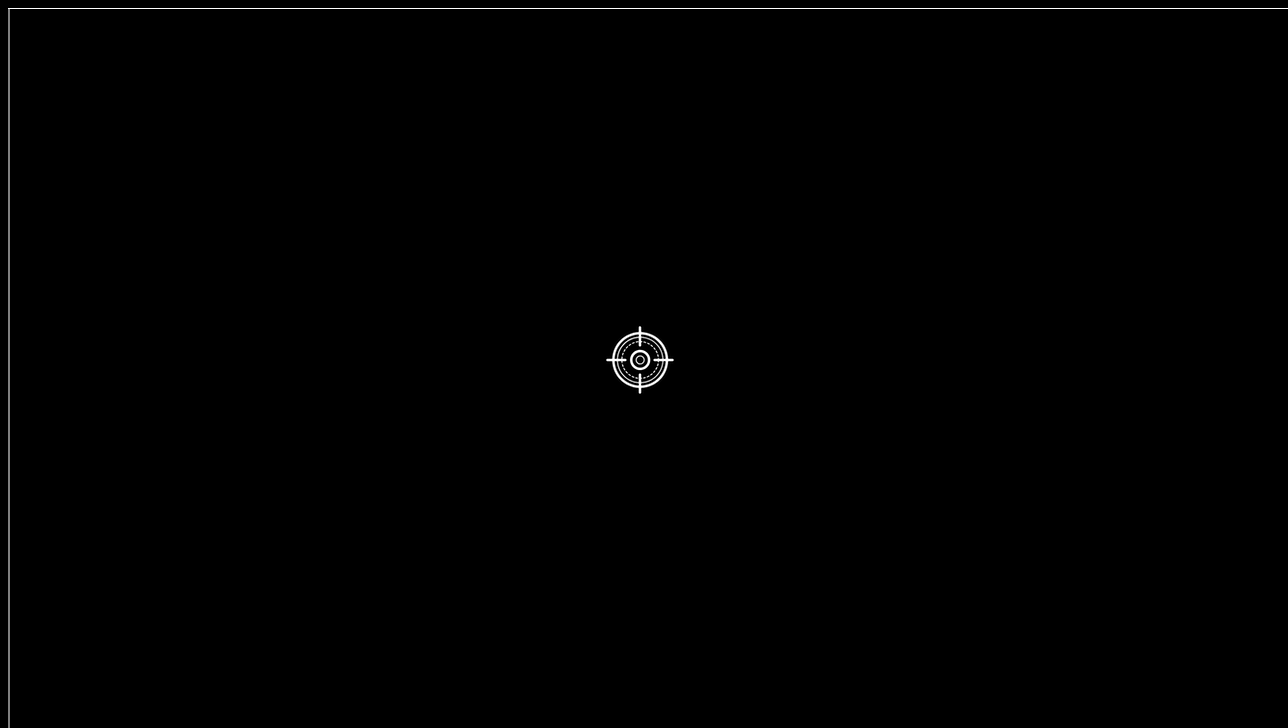
Repository: rladpwl0512/dreamcoding_browser101
Page: (2) coordinates/index.html
The author's editor kept a copy of each file at every save. The page is drawn from the files as they stood at one save, then again after the next save.
The browser window is 1280 px wide. The page is 1288 px wide, so the pictures cover 1288 px, including what lies to the right of the window. The pictures show the whole page.

Above is the page before, as saved 2021-09-30 18:52:43.

After the next save:
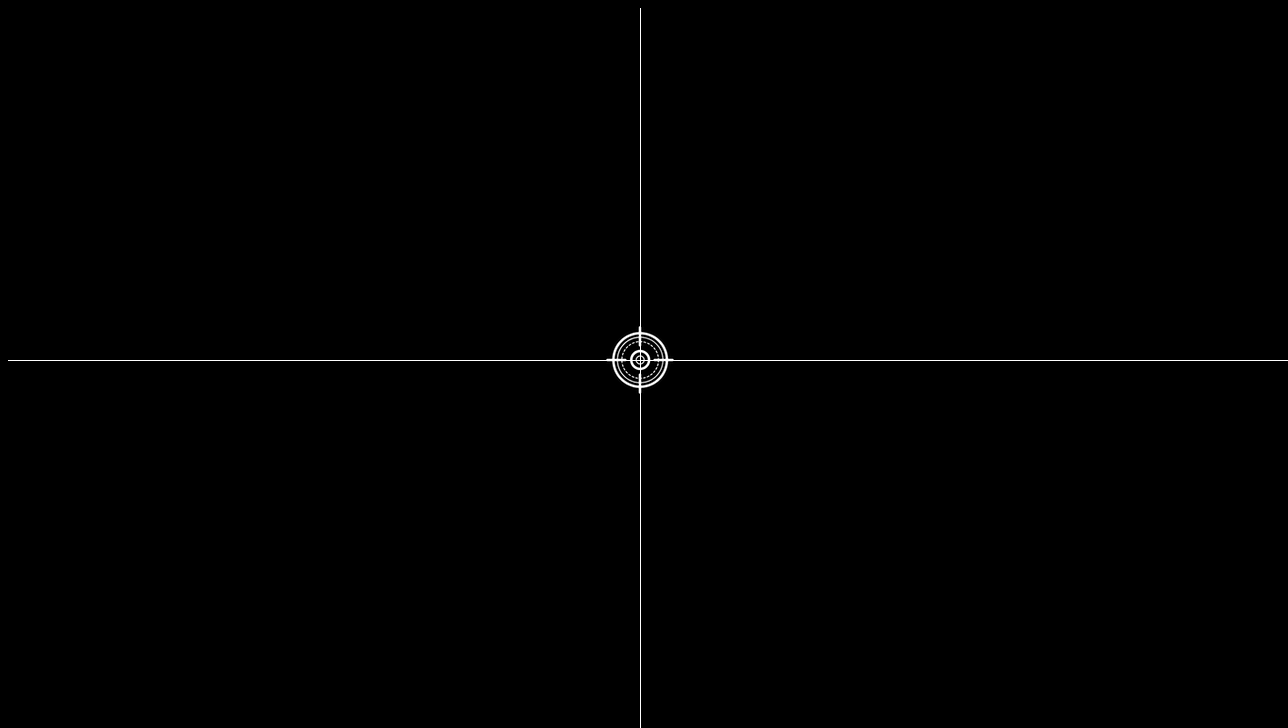
Saved 81 s later.
--- a/(2) coordinates/style.css
+++ b/(2) coordinates/style.css
@@ -9,13 +9,13 @@ body {
 .horizon {
   width: 100%;
   height: 1px;
-  transform: translateY(center);
+  top: 50%;
 }
 
 .vertical {
   height: 100%;
   width: 1px;
-  transform: translateX(50%);
+  left: 50%;
 }
 
 .target {
